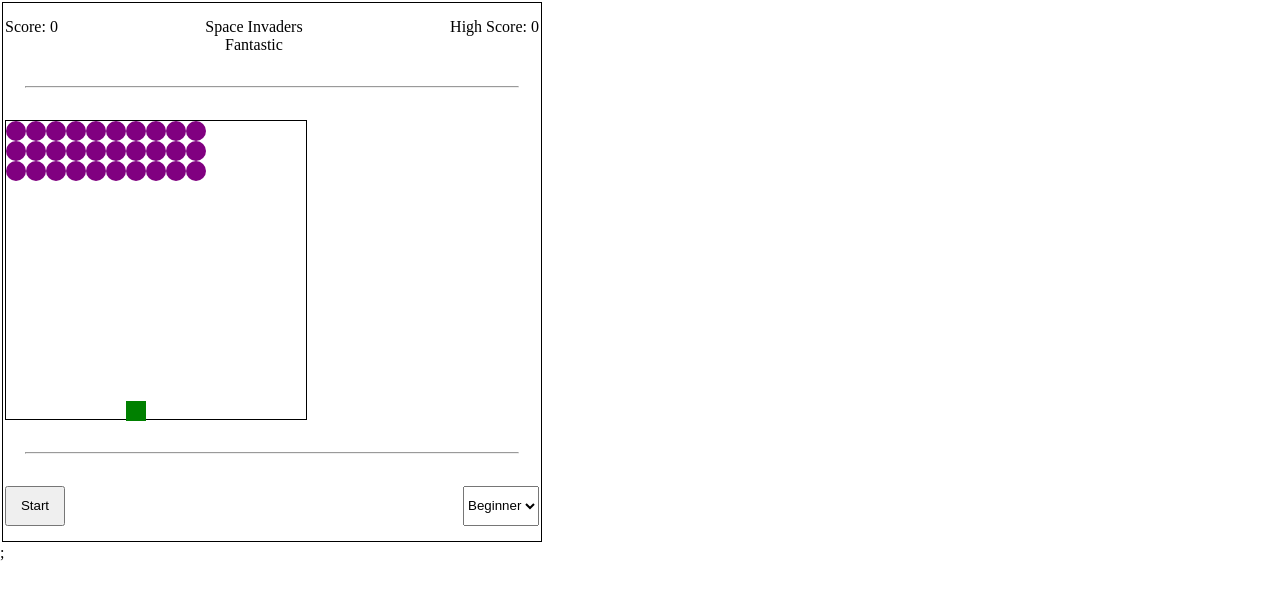
Repository: baziz22/Vanilla_JS_Projects
Page: space invaders/index.html
These files come from the project's save history. The page is drawn as it stood at one moment and after the next save; the edit follows.
The browser window is 1280 px wide. The pictures show the whole page.

Above is the page before, as saved 2022-02-20 01:49:56.

### space invaders/index.html
<!DOCTYPE html>
<html lang="en">
  <head>
    <meta charset="UTF-8" />
    <meta http-equiv="X-UA-Compatible" content="IE=edge" />
    <meta name="viewport" content="width=device-width, initial-scale=1.0" />
    <link rel="stylesheet" href="style.css" />
    <title>Space Invaders</title>
  </head>
  <body>
    <div id="scene">
      <div id="scene-header">
        <div>Score: <span id="score">0</span></div>
        <div id="scene-messages">
          <div id="game-title">Space Invaders</div>
          <div id="messages">Fantastic</div>
        </div>

        <div>High Score: <span id="high-score">0</span></div>
      </div>
      <hr />
      <div id="scene-body">
        <div class="grid"></div>
      </div>
      <hr />
      <div id="scene-footer">
        <button id="start-btn">Start</button>
        <select id="level" title="levels">
          <option value="beginner">Beginner</option>
          <option value="medium">Medium</option>
          <option value="hard">Hard</option>
        </select>
      </div>
    </div>
    ;

    <script src="script.js"></script>
  </body>
</html>

### space invaders/style.css
* {
  padding: 0;
  margin: 0;
  box-sizing: border-box;
}
#scene {
  max-width: 75vh;
  min-height: 75vh;
  padding: 2px;
  margin: 2px;
  border: 1px solid black;
  display: flex;
  flex-direction: column;
  justify-content: space-around;
}
#scene-header {
  display: flex;
  justify-content: space-between;
}
#scene-messages {
  display: flex;
  flex-direction: column;
  justify-items: center;
  text-align: center;
  align-items: center;
}

#scene-body {
}
#scene-footer {
  display: flex;
  justify-content: space-between;
}

#start-btn {
  width: 60px;
  height: 40px;
}

hr {
  margin: 5px 20px;
}

.grid {
  max-width: 302px;
  height: 300px;
  border: 1px solid black;
  display: flex;
  flex-wrap: wrap;
}
.grid div {
  width: 20px;
  height: 20px;
}
.invader {
  background-color: purple;
  border-radius: 10px;
}
.shooter {
  background-color: green;
}

### space invaders/script.js
const grid = document.querySelector('.grid');
let currentShooterIndex = 216;
let width = 15;

for (let i = 0; i < 225; i++) {
  const square = document.createElement('div');
  grid.appendChild(square);
}
const squares = Array.from(document.querySelectorAll('.grid div'));

const alienInvaders = [
  0, 1, 2, 3, 4, 5, 6, 7, 8, 9, 15, 16, 17, 18, 19, 20, 21, 22, 23, 24, 30, 31,
  32, 33, 34, 35, 36, 37, 38, 39,
];
function draw() {
  for (let i = 0; i < alienInvaders.length; i++) {
    squares[alienInvaders[i]].classList.add('invader');
  }
}
draw();
squares[currentShooterIndex].classList.add('shooter');

function moveShooter(e) {
  squares[currentShooterIndex].classList.remove('shooter');
  switch (e.key) {
    case 'ArrowLeft':
      if (currentShooterIndex % width !== 0) currentShooterIndex -= 1;
      break;
    case 'ArrowRight':
      if (currentShooterIndex % width < width - 1) currentShooterIndex += 1;
      break;
  }
  // redraw the shooter in its new position
  squares[currentShooterIndex].classList.add('shooter');
}
document.addEventListener('keydown', moveShooter);

After the next save:
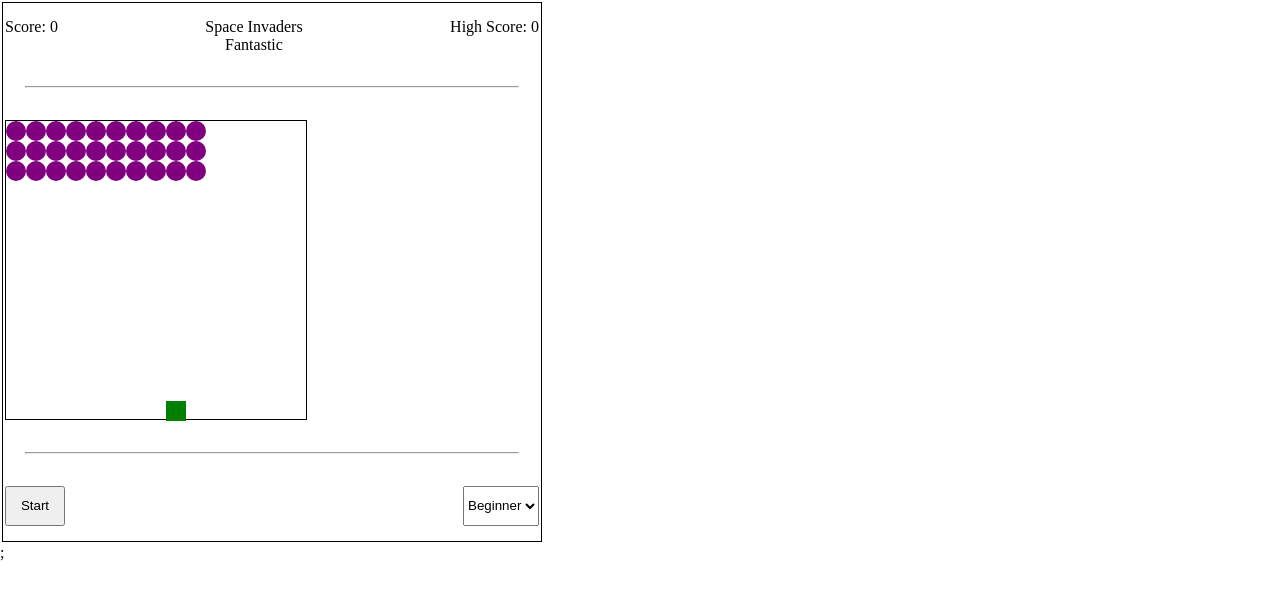
Saved 7 s later.
--- a/space invaders/script.js
+++ b/space invaders/script.js
@@ -1,5 +1,5 @@
 const grid = document.querySelector('.grid');
-let currentShooterIndex = 216;
+let currentShooterIndex = 218;
 let width = 15;
 
 for (let i = 0; i < 225; i++) {

After the save that followed:
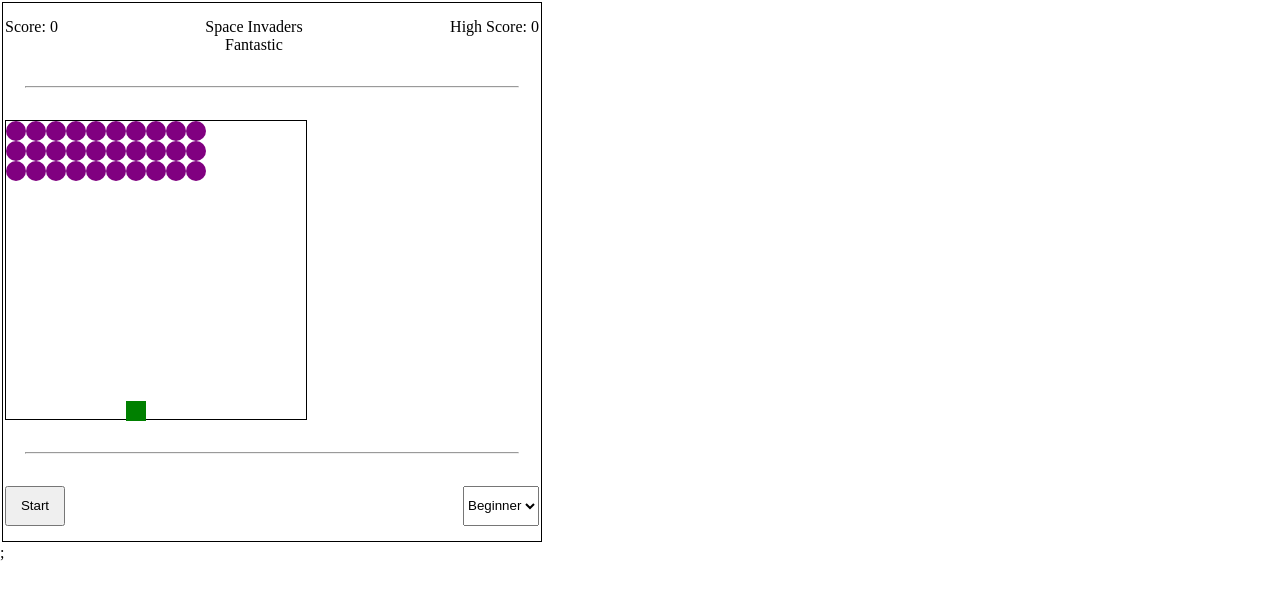
Saved 7 s later.
--- a/space invaders/script.js
+++ b/space invaders/script.js
@@ -1,5 +1,5 @@
 const grid = document.querySelector('.grid');
-let currentShooterIndex = 218;
+let currentShooterIndex = 216;
 let width = 15;
 
 for (let i = 0; i < 225; i++) {
